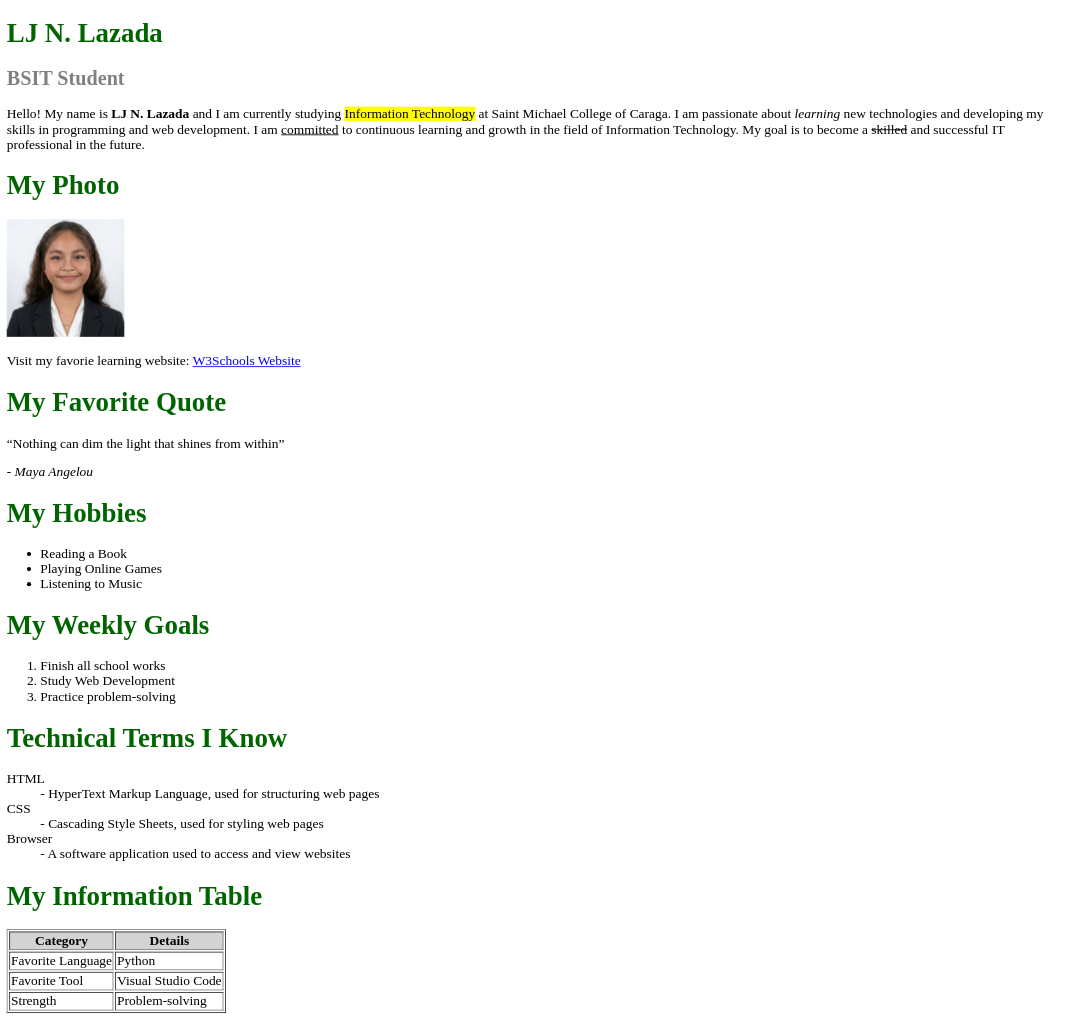
Repository: ljlazada11/myfirsthtml
Page: index.html
The author's editor kept a copy of each file at every save. The page is drawn from the files as they stood at one save, then again after the next save.
The browser window is 1280 px wide. The pictures show the whole page, at 84% of full size.

Above is the page before, as saved 2026-06-24 20:56:13.

### index.html
<!DOCTYPE html>
<html lang="en">
<head>
    <meta charset="UTF-8">
    <meta name="viewport" content="width=device-width, initial-scale=1.0">
    <title>My Personal Web Profile</title>
    <link rel="icon" type="image/x-icon" href="images.png">

</head>
<body>
    <h1 style="color:darkgreen;">LJ N. Lazada</h1>
    <h2 style="color:gray;">BSIT Student</h2>
    <p>Hello! My name is <strong>LJ N. Lazada</strong> and I am currently studying <mark>Information Technology</mark> at Saint Michael College of Caraga. I am passionate about <i>learning</i> new technologies and developing my skills in programming and web development. I am <ins>committed</ins> to continuous learning and growth in the field of Information Technology. My goal is to become a <del>skilled</del> and successful IT professional in the future.</p>
</body>
    <h1 style="color:darkgreen;">My Photo</h1>
    <img src="pic.jpg" alt="My	Profile	Picture" width="140" height="140">
    <p> Visit my favorie learning website: <a href="https://www.w3schools.com/html/default.asp" target="_blank">W3Schools	Website</a></p>

<body>
    <h1 style="color:darkgreen;">My Favorite Quote</h1>
    <p><q>Nothing can dim the light that shines from within</q></p>
    <p><cite>- Maya Angelou</cite></p>
</body>
    <h1 style="color:darkgreen">My Hobbies</h1>
    <ul>
        <li>Reading a Book</li>
        <li>Playing Online Games</li>
        <li>Listening to Music</li>
    </ul>
</body>
    <h1 style="color:darkgreen">My Weekly Goals</h1>
    <ol>
        <li>Finish all school works</li>
        <li>Study Web Development</li>
        <li>Practice problem-solving</li>
    </ol>
<body>
    <h1 style="color:darkgreen">Technical Terms I Know</h1>
    <dl>
        <dt>HTML</dt>
        <dd>- HyperText Markup Language, used for structuring web pages</dd>
        <dt>CSS</dt>
        <dd>- Cascading Style Sheets, used for styling web pages</dd>
        <dt>Browser</dt>
        <dd>- A software application used to access and view websites</dd>
    </dl>
</body>
    <h1 style="color:darkgreen">My Information Table</h1>
<table border="1">
    <tr>
        <th style="background-color:lightgray;">Category</th>
        <th style="background-color:lightgray;">Details</th>
    </tr>
    <tr>
        <td>Favorite Language</td>
        <td>Python</td>
    </tr>
    <tr>
        <td>Favorite Tool</td>
        <td>Visual Studio Code</td>
    </tr>
    <tr>
        <td>Strength</td>
        <td>Problem-solving</td>
    </tr>
<body>

</body>


</html>

After the next save:
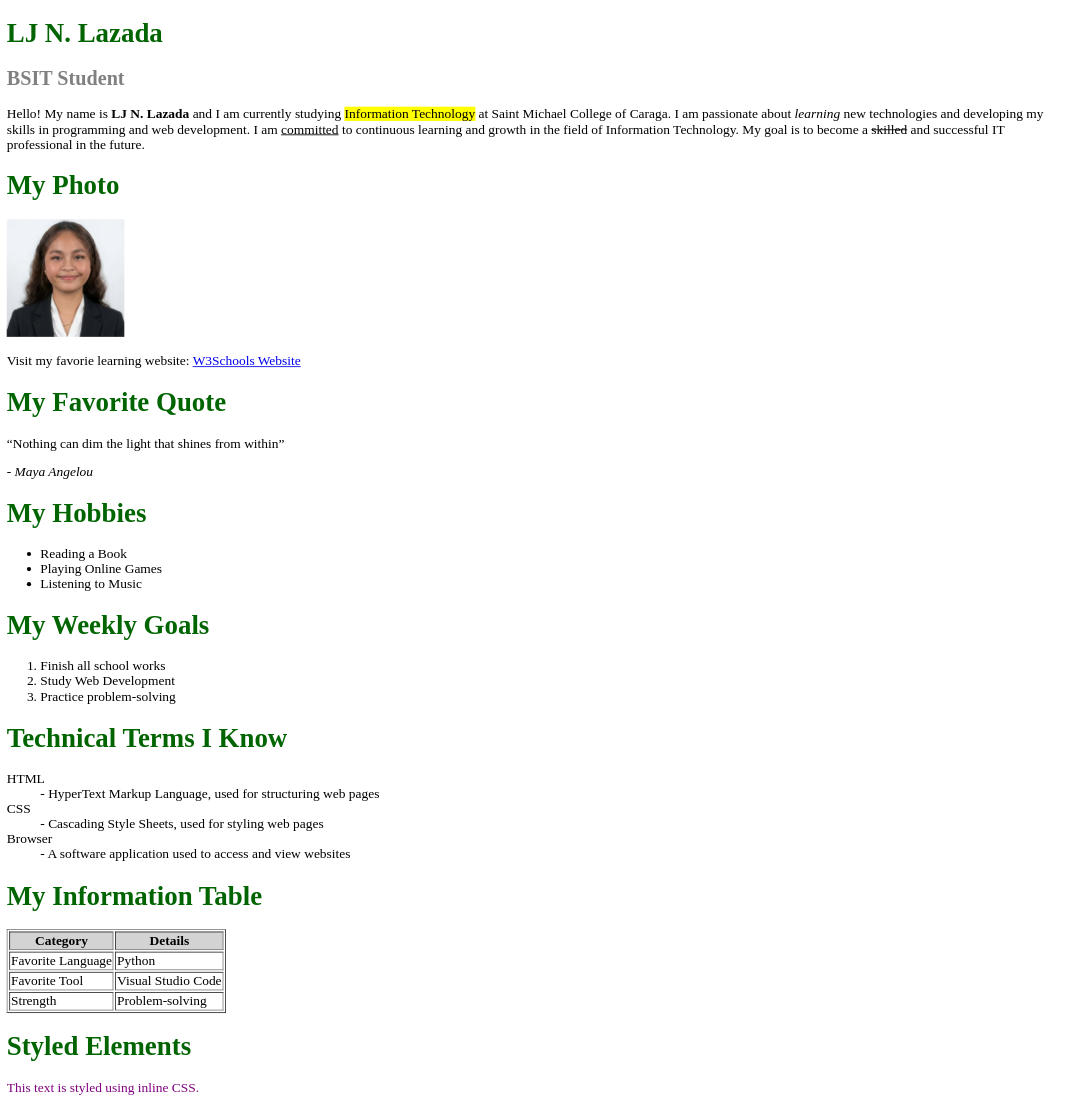
Saved 3 min 16 s later.
--- a/index.html
+++ b/index.html
@@ -63,7 +63,10 @@
         <td>Strength</td>
         <td>Problem-solving</td>
     </tr>
+</table>
 <body>
+    <h1 style="color:darkgreen">Styled Elements</h1>
+    <p style="color:purple;">This text is styled using inline CSS.</p>
 
 </body>
 
